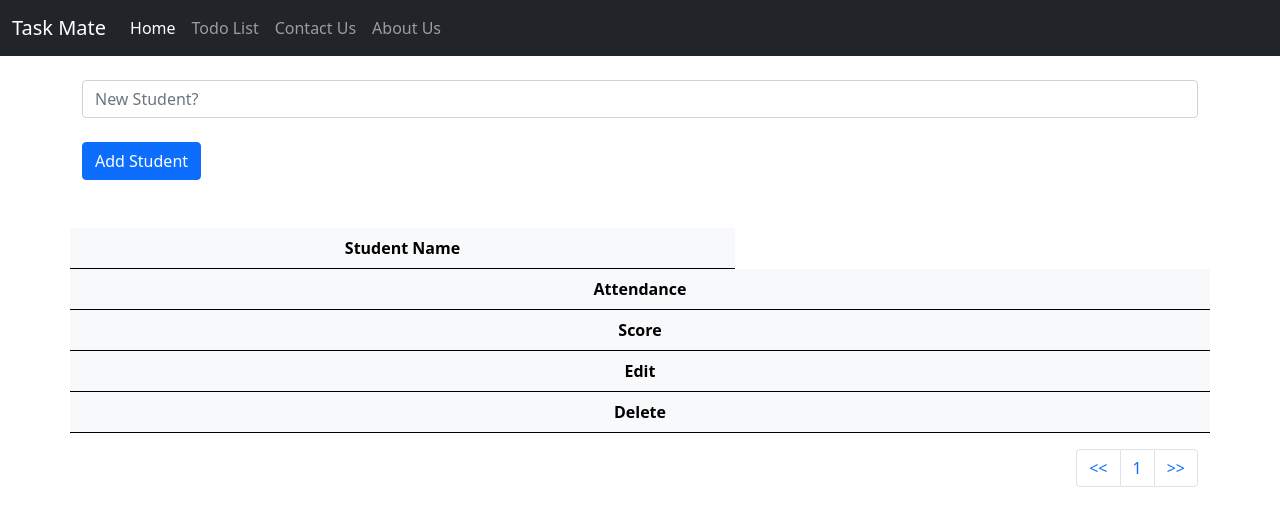
Repository: itathagata/Registration_System
Page: http://localhost/todolist/?pg=1
An editor plug-in stored every save of this project. The page is shown before and after the next save, followed by the edit.
The browser window is 1280 px wide. The pictures show the whole page.
The page is served by the project's application, run on Django 2.2 (manage.py). Queries for data that is not in the repository find no rows.

Above is the page before, as saved 2021-06-05 02:50:18.

After the next save:
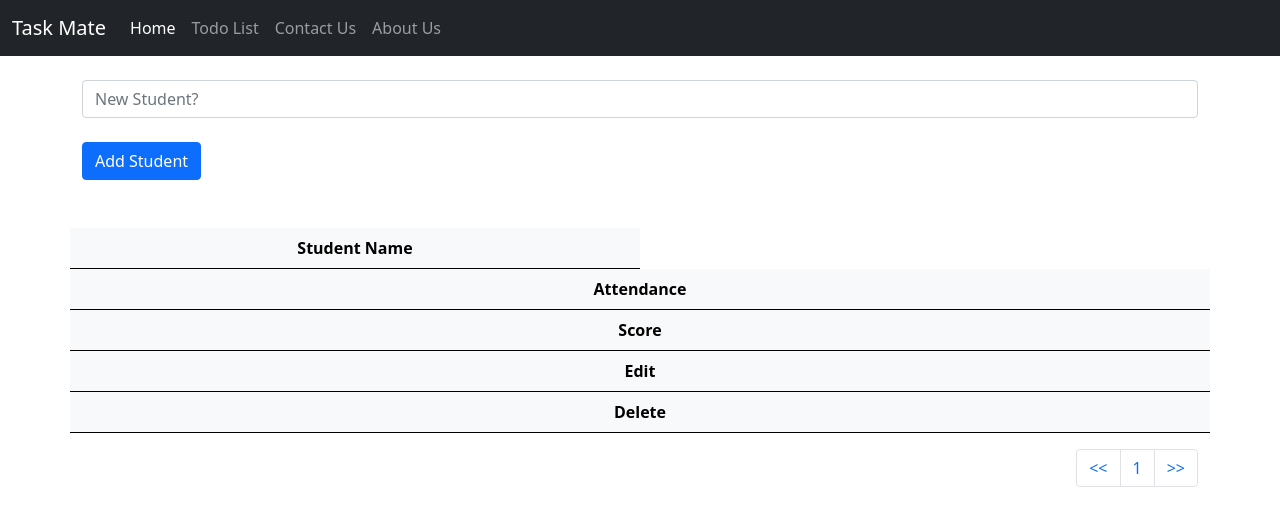
Saved 52 s later.
--- a/todolist_app/templates/todolist.html
+++ b/todolist_app/templates/todolist.html
@@ -32,11 +32,11 @@
     <table class="table table-light table-hover text-center">
   <thead>
     <tr class="row">
-      <th class="col-7">Student Name</th>
-      <th scope="col">Attendance</th>
-      <th scope="col">Score</th>
-      <th scope="col">Edit</th>
-      <th scope="col">Delete</th>
+      <th class="col-6">Student Name</th>
+      <th scope="col-3">Attendance</th>
+      <th scope="col-1">Score</th>
+      <th scope="col-1">Edit</th>
+      <th scope="col-1">Delete</th>
     </tr>
   </thead>
     <tbody>
